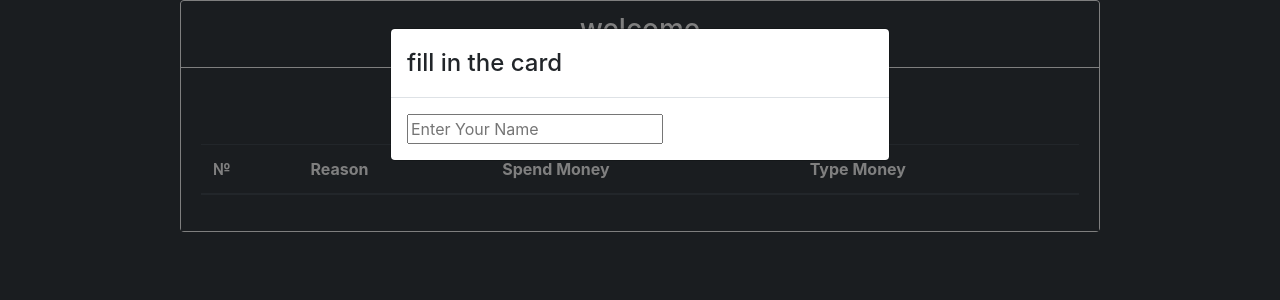
Repository: surefaceJS/allMyWorkInaliLinux
Page: hardcha/index.html
An editor plug-in stored every save of this project. The page is shown before and after the next save, followed by the edit.
The browser window is 1280 px wide. The pictures show the whole page.

Above is the page before, as saved 2021-04-19 12:29:01.

### hardcha/index.html
<!DOCTYPE html>
<html lang="en">

<head>
    <meta charset="UTF-8">
    <meta http-equiv="X-UA-Compatible" content="IE=edge">
    <meta name="viewport" content="width=device-width, initial-scale=1.0">
    <title>ReadyWebPage</title>
    <link rel="stylesheet" href="css/bootstrap.css">
    <link rel="stylesheet" href="fontawesome-free-5.15.2-web/css/all.min.css">
    <link rel="stylesheet" href="css/main.css">
</head>

<body class="bg-dark">


    <div class="container">



        <!-- The Modal -->
        <div class="modal" id="myModal">
            <div class="modal-dialog">
                <div class="modal-content">

                    <!-- Modal Header -->
                    <div class="modal-header">
                        <h4 class="modal-title">fill in the card</h4>

                    </div>

                    <!-- Modal body -->
                    <div class="modal-body">
                        <input type="text" class="form" id="userName" placeholder="Enter Your Name">
                    </div>

                </div>
            </div>
        </div>

        <div class="row">
            <div class="col-10 m-auto">
                <div class="card border-white">

                    <div class="card-header border-white bg-dark text-white text-center">
                        <h3>welcome <span id="pushName"></span> </h3>
                    </div>
                    <div class="card-body bg bg-dark">
                        <h1 class="text-danger text-center text-uppercase font-intel-bold" id="pushMonay"><span class="text-white">$</span></h1>

                        <table class="table table-dark table-hover table-striped">
                            <thead>
                                <tr>
                                    <th>№</th>
                                    <th>Reason</th>
                                    <th>Spend Money</th>
                                    <th>Type Money</th>
                                </tr>
                            </thead>
                            <tbody id="result"></tbody>
                        </table>
                    </div>

                </div>
            </div>
        </div>
    </div>

    <script src="js/jquery-3.3.1.slim.min.js"></script>
    <script src="js/popper.min.js"></script>
    <script src="js/bootstrap.js"></script>
    <script src="js/app.js"></script>
</body>

### hardcha/css/main.css
/*********************  FONTS STYLE *************************/
@font-face {
  font-family: "Inter-Bold";
  src: url("../asssets/fonts/Inter/Inter-Bold.ttf") format("truetype"); }
@font-face {
  font-family: "Inter-Regular";
  src: url("../asssets/fonts/Inter/Inter-Regular.ttf") format("truetype"); }
@font-face {
  font-family: "Inter-Light";
  src: url("../asssets/fonts/Inter/Inter-Light.ttf") format("truetype"); }
@font-face {
  font-family: "Inter-SemiBold";
  src: url("../asssets/fonts/Inter/Inter-SemiBold.ttf") format("truetype"); }
.font-intel-bold {
  font-family: "Inter-Bold", sans-serif; }

.font-intel-regular {
  font-family: "Inter-Regular", sans-serif; }

.font-intel-light {
  font-family: "Inter-Light", sans-serif; }

.font-inter-semi-bold {
  font-family: "Inter-SemiBold", sans-serif; }

/*# sourceMappingURL=main.css.map */

### hardcha/js/app.js
$(document).ready(function() {
    $('#myModal').modal('show');
});

Loaded but not shown: hardcha/css/bootstrap.css (library); hardcha/fontawesome-free-5.15.2-web/css/all.min.css (library); hardcha/js/jquery-3.3.1.slim.min.js (library); hardcha/js/popper.min.js (library); hardcha/js/bootstrap.js (library)

After the next save:
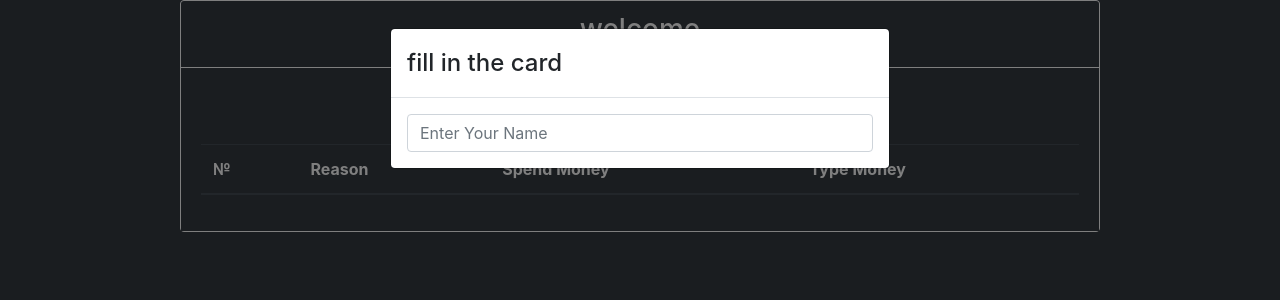
Saved 4 s later.
--- a/hardcha/index.html
+++ b/hardcha/index.html
@@ -31,7 +31,7 @@
 
                     <!-- Modal body -->
                     <div class="modal-body">
-                        <input type="text" class="form" id="userName" placeholder="Enter Your Name">
+                        <input type="text" class="form-control" id="userName" placeholder="Enter Your Name">
                     </div>
 
                 </div>
